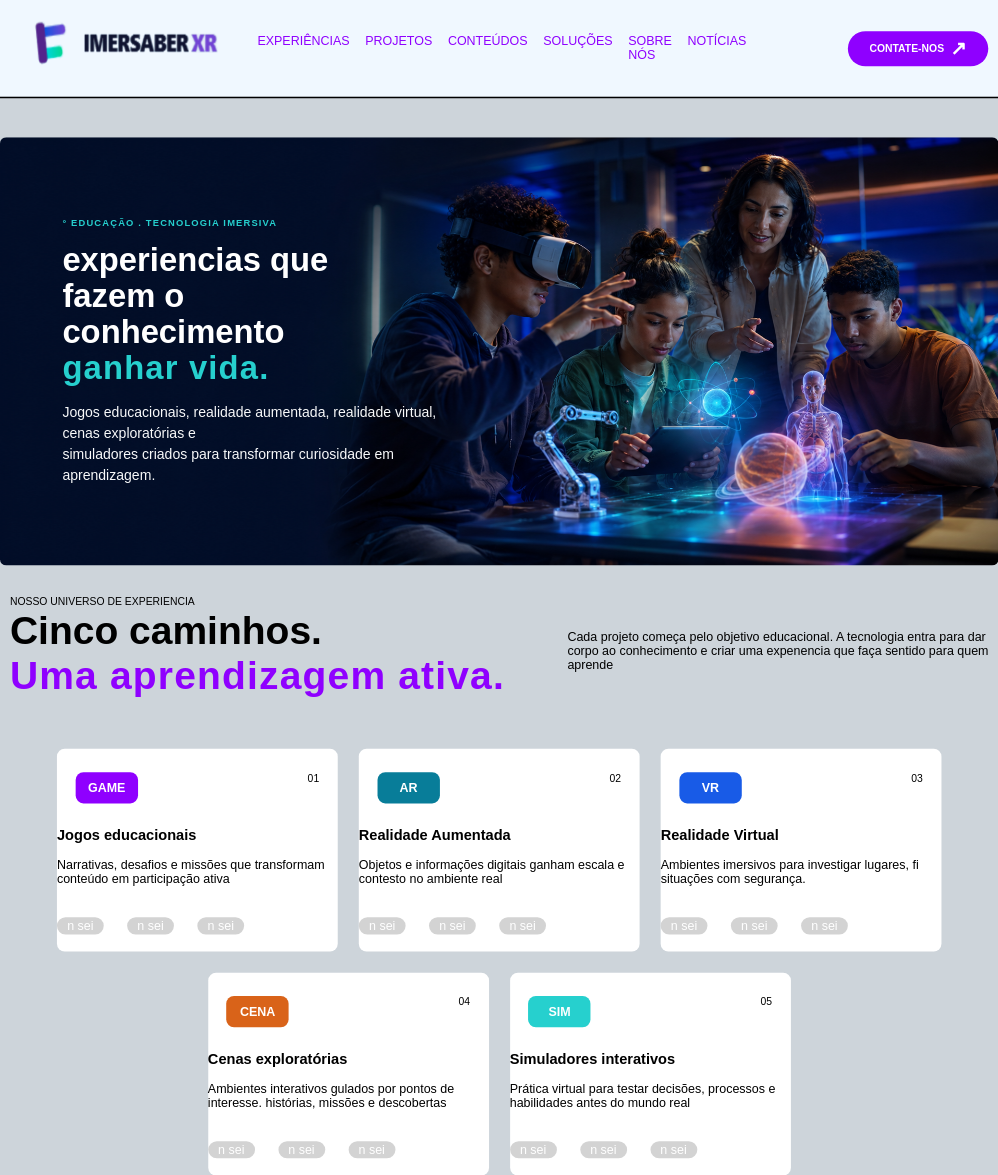
Repository: antonymsantana-design/Avaliacao.Parte.01
Page: html/index.html
An editor plug-in stored every save of this project. The page is shown before and after the next save, followed by the edit.
The browser window is 1280 px wide. The pictures show the whole page, at 78% of full size.

Above is the page before, as saved 2026-08-29 21:09:41.

### html/index.html
<!DOCTYPE html>
<html lang="pt-br">

<head>
    <meta charset="UTF-8">
    <meta name="viewport" content="width=device-width, initial-scale=1.0">
    <title>avaliação </title>
    <link rel="stylesheet" href="../css/Style.css">
</head>
<header>
    <div class="conteudoH" id="conteudoH">
        <div class="imagem" id="imagem">
            <img src="../images/Design sem nome.png" alt="logo" class="logoIMG" id="logoIMG">
        </div>
        <div class="links" id="links">
            <a href="#">EXPERIÊNCIAS</a>
            <a href="#">PROJETOS</a>
            <a href="#">CONTEÚDOS</a>
            <a href="#">SOLUÇÕES</a>
            <a href="#">SOBRE NÓS</a>
            <a href="#">NOTÍCIAS</a>
        </div>
        <div class="btnDiv" id="btnDiv">
            <button class="btn" id="btn">
                <div class="btnTxt" id="btnTxt">
                    <p>CONTATE-NOS</p>
                </div>
                <div class="emoji" id="emoji">
                    <p>↗</p>
                </div>
            </button>
        </div>
    </div>
</header>

<body>


    <div class="conteudoBanner">
        <img src="../images/hero-banner-imersaber.png" alt="banner">
        <div class="txtBanner" id="txtBanner">
            <span>° EDUCAÇÃO . TECNOLOGIA IMERSIVA</span>
            <h1>experiencias que <br> fazem o <br> conhecimento <br> <span class="spn">ganhar vida. </span></h1>
            <p>Jogos educacionais, realidade aumentada, realidade virtual, cenas exploratórias e<br>
                simuladores criados para transformar curiosidade em aprendizagem.</p>
        </div>
    </div>

    <BR></BR>

    <div class="titulo" id="titulo">
        <div class="eTitulo">
            <small>NOSSO UNIVERSO DE EXPERIENCIA</small>
            <h1 class="eH1">Cinco caminhos. <br>
                <span>Uma aprendizagem ativa.</span>
            </h1>
        </div>
        <div class="dTitulo">
            <p>Cada projeto começa pelo objetivo educacional. A tecnologia entra para dar <br> corpo ao conhecimento e
                criar uma expenencia que faça sentido para quem <br> aprende</p>
        </div>
    </div>

    <div class="cards">

        <div class="card1">
            <div class="cima">
                <p class="crd1">GAME</p>
                <small>01</small>
            </div>
            <div class="meio">
                <h3>
                    Jogos educacionais
                </h3> <br>
                <p>Narrativas, desafios e missões que transformam conteúdo em participação ativa</p>
            </div>
            <div class="baixo">
                <!-- não consegui ler oque estava escrito nessa parte  -->
                <p> n sei</p>
                <p> n sei</p>
                <p> n sei</p>
            </div>
        </div>

        <div class="card1">
            <div class="cima">
                <p class="crd2">AR</p>
                <small>02</small>
            </div>
            <div class="meio">
                <h3>
                    Realidade Aumentada
                </h3> <br>
                <p>Objetos e informações digitais ganham escala e contesto no
ambiente real</p>
            </div>
            <div class="baixo">
                <p> n sei</p>
                <p> n sei</p>
                <p> n sei</p>
            </div>
        </div>

        <div class="card1">
            <div class="cima">
                <p class="crd3">VR</p>
                <small>03</small>
            </div>
            <div class="meio">
                <h3>
                    Realidade Virtual
                </h3> <br>
                <p>Ambientes imersivos para investigar lugares, fi situações com segurança.</p>
            </div>
            <div class="baixo">
                <p> n sei</p>
                <p> n sei</p>
                <p> n sei</p>
            </div>
        </div>

        <div class="card1">
            <div class="cima">
                <p class="crd4">CENA</p>
                <small>04</small>
            </div>
            <div class="meio">
                <h3>
                    Cenas exploratórias
                </h3> <br>
                <p>Ambientes interativos gulados por pontos de interesse. histórias, missões e descobertas</p>
            </div>
            <div class="baixo">
                <p> n sei</p>
                <p> n sei</p>
                <p> n sei</p>
            </div>
        </div>

        <div class="card1">
            <div class="cima">
                <p class="crd5">SIM</p>
                <small>05</small>
            </div>
            <div class="meio">
                <h3>
                    Simuladores interativos
                </h3> <br>
                <p>Prática virtual para testar decisões, processos e habilidades antes do mundo real</p>
            </div>
            <div class="baixo">
                <p> n sei</p>
                <p> n sei</p>
                <p> n sei</p>
            </div>
        </div>

    </div>

</body>

</html>

### css/Style.css
* {
    padding: 0px;
    margin: 0px;
    font-family: Arial, Helvetica, sans-serif;
}

body{
    background-color: rgb(205, 212, 218);
}

header {
    background-color: aliceblue;
    border-bottom: 2px solid black;
}

.conteudo {
    margin-top: 5px;
}

.conteudoH {
    display: flex;
    justify-content: space-between;
    padding-right: 100px;
    align-items: center;
}

a {
    text-decoration: none;
    color: #8f00ff;
}

.logoIMG {
    width: 330px;
    height: 120px;
}

.links {
    display: flex;
    gap: 20px;
    justify-content: center;
    padding-right: 130px;
}

.btn {
    display: flex;
    justify-content: center;
    width: 180px;
    height: 45px;
    background-color: #8F00FF;
    font-weight: 800;
    border: none;
    border-radius: 25px;
    color: white;
    align-items: center;
    gap: 8px;
}

.emoji {
    font-size: 25px;
}

/*parte banner*/

.txtBanner p {
    margin: 0;
    font-size: 18px;
    color: #f8f9fa;
}

.conteudoBanner {
    position: relative;
    width: 100%;
    margin: 50px auto 0;
}

.conteudoBanner img {
    width: 100%;
    height: auto;
    display: block;
    border-radius: 8px;
}

.txtBanner {
    position: absolute;
    top: 50%;
    left: 80px;
    color: white;
    transform: translateY(-50%);
    max-width: 500px;
    font-family: sans-serif;
}

span {
    font-size: 12px;
    letter-spacing: 1.5px;
    font-weight: bold;
    color: #26d0ce;
    display: block;
    margin-bottom: 15px;
}

.txtBanner h1 {
    font-size: 42px;
    font-weight: 800;
    line-height: 1.1;
    margin: 0 0 20px 0;
}

.spn {
        font-size: 42px;
    color: #26d0ce;
}

.txtBanner {
    font-size: 14px;
    line-height: 1.5;
}

/*parte 3*/

.titulo{
    display: flex;
    justify-content: center;
    gap: 80px;
    margin-bottom: 50px;
}

.dTitulo{
    display: flex;
    justify-content: center;
    align-items: center;
}

.eH1{
    font-size: 50px;
}

.eH1 span{
    color: #8F00FF;
   font-size: 50px;
}

.card1{
    padding-top: 30px;
    width: 360px;
    height: 230px;
    background-color: white;
    border-radius: 10px;
}

.cima{
    display: flex;
    justify-content: space-around;
    gap: 170px;
    margin-bottom: 30px;
}

.cima p{
    color: white;
    width: 80px;
    height: 40px;
    border-radius: 10px;
    display: flex;
    justify-content: center;
    align-items: center;
    font-weight: bold;
}

.baixo{
    display: flex;
    justify-content: left;
    align-items: center;
    gap: 30px;
    color: white;
}

.meio{
    margin-bottom: 40px;
}

.baixo p{
    background-color: lightgrey;
    width: 60px;
    height: 22px;
    border-radius: 15px;
     display: flex;
    justify-content: center;
    align-items: center;
}

.cards{
    display: flex;
    justify-content: center;
    gap: 27px;
    flex-wrap: wrap;
}

.crd1{
    background-color: #8F00FF;
}

.crd2{
    background-color: #087D99;
}

.crd3{
    background-color: #185BE7;
}

.crd4{
    background-color: #D96319;
}

.crd5{
    background-color: #26D0CE;
}

After the next save:
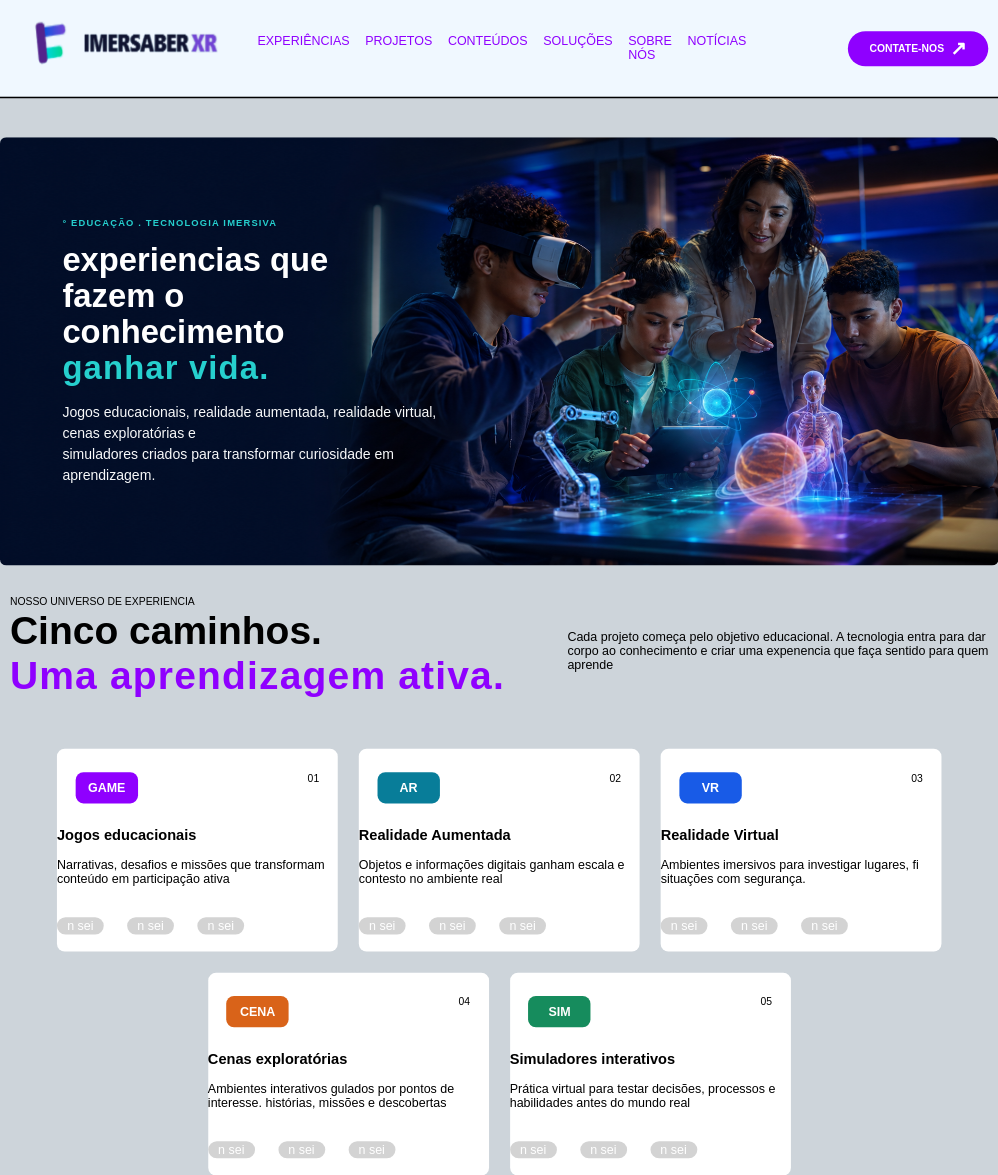
Saved 7 s later.
--- a/css/Style.css
+++ b/css/Style.css
@@ -212,5 +212,5 @@ span {
 }
 
 .crd5{
-    background-color: #26D0CE;
-}
+    background-color: #168C5D;
+}
